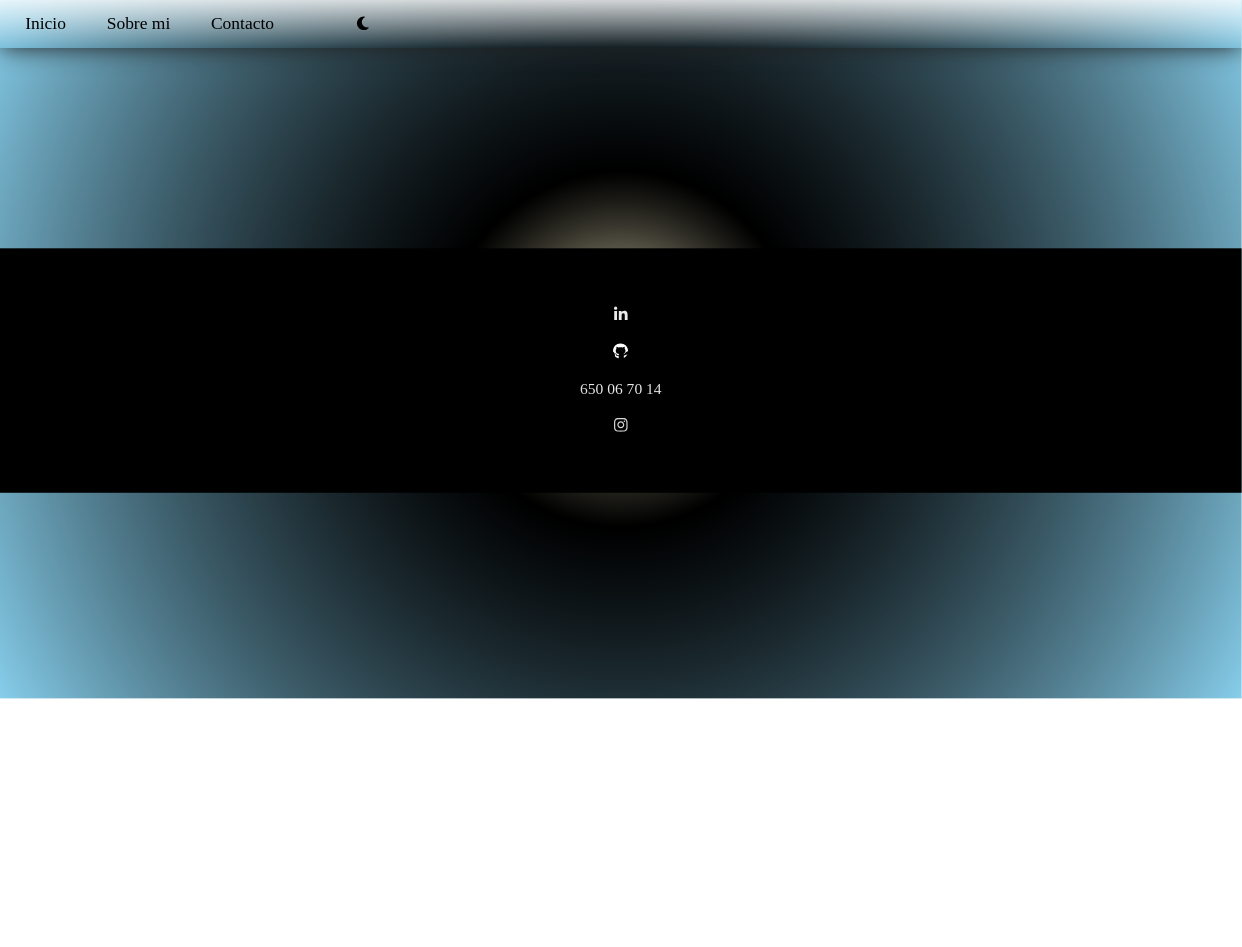
Repository: izhanlaraagarcia/izhanlaraagarcia.github.io
Page: / (app in vite-project/)
An editor plug-in stored every save of this project. The page is shown before and after a run of saves, followed by the edit.
The browser window is 1280 px wide. The pictures show the whole page, at 97% of full size.
The project was rebuilt for these pictures with package versions that can differ from the ones it lists, and the page was loaded fresh each time. Also part of the build but not shown: vite-project/vite.config.js, vite-project/src/pages/About/styles/about.scss, vite-project/src/pages/About/about.jsx, vite-project/src/pages/Contact/contact.jsx.

Above is the page before, as saved 2024-08-19 13:21:00.

### vite-project/index.html
<!doctype html>
<html lang="en">
  <head>
    <meta charset="UTF-8" />
    <meta name="viewport" content="width=device-width, initial-scale=1.0" />
    <title>Izhan Lara Garcia</title>
  </head>
  <body>
    <div id="root"></div>
    <script type="module" src="/src/main.jsx"></script>
  </body>
</html>

### vite-project/src/App.jsx
import React from "react";
import { BrowserRouter as Router, Route, Routes } from "react-router-dom";
import Menu from "./Componentes-Generales/menu.jsx";
import Inicio from "./Home/Inicio.jsx";
import About from "./pages/About/about.jsx";
import Contact from "./pages/Contact/contact.jsx";
import { ThemeProvider } from "./Constants/themaContext.jsx";

import { library } from "@fortawesome/fontawesome-svg-core";
import { fas } from "@fortawesome/free-solid-svg-icons";

library.add(fas);

class App extends React.Component {
  render() {
    return (
      <ThemeProvider>
        <Router>
          <Menu />
          <Routes>
            <Route path="/" element={<Inicio />} />
            <Route path="/sobre-mi" element={<About />} />
            <Route path="/contacto" element={<Contact />} />
          </Routes>
        </Router>
      </ThemeProvider>
    );
  }
}

export default App;

### vite-project/src/index.css
/* :root {
  font-family: Inter, system-ui, Avenir, Helvetica, Arial, sans-serif;
  line-height: 1.5;
  font-weight: 400;

  color-scheme: light dark;
  color: rgba(255, 255, 255, 0.87);
  background-color: #242424;

  font-synthesis: none;
  text-rendering: optimizeLegibility;
  -webkit-font-smoothing: antialiased;
  -moz-osx-font-smoothing: grayscale;
}

a {
  font-weight: 500;
  color: #646cff;
  text-decoration: inherit;
}

a:hover {
  color: #535bf2;
}



h1 {
  font-size: 3.2em;
  line-height: 1.1;
}

button {
  border-radius: 8px;
  border: 1px solid transparent;
  padding: 0.6em 1.2em;
  font-size: 1em;
  font-weight: 500;
  font-family: inherit;
  background-color: #1a1a1a;
  cursor: pointer;
  transition: border-color 0.25s;
}

button:hover {
  border-color: #646cff;
}

button:focus,
button:focus-visible {
  outline: 4px auto -webkit-focus-ring-color;
}

@media (prefers-color-scheme: light) {
  :root {
    color: #213547;
    background-color: #ffffff;
  }

  a:hover {
    color: #747bff;
  }

  button {
    background-color: #f9f9f9;
  }
} */

body {
  right: 0;
  margin: 0%;
  width: 100%;
  margin-top: 20%;
  text-align: center;
  min-width: 320px;
  min-height: 100vh;

}

button {
  border-radius: 8px;
  border: 1px solid transparent;
  padding: 0.6em 1.2em;
  font-size: 1em;
  font-weight: 500;
  font-family: inherit;
  background-color: #1a1a1a;
  cursor: pointer;
  transition: border-color 0.25s;
}

### vite-project/src/Componentes-Generales/menu.jsx
import React from "react";
import { Link } from "react-router-dom";
import "./styles/menu.scss";
import TemaComponent from "./thema";
import { useTheme } from "../Constants/themaContext";

// import { LANGUAGES } from "../Constants/lenguaje";

const Menu = () => {
  const { dark } = useTheme();
  return (
    <header>
      <nav className={`menu ${dark ? 'dark-mode' : 'light-mode'}`}>
        <ul>
          <li>
            <Link to="/">Inicio</Link>
            <i className="fas fa-address-card" aria-hidden="true"></i>
          </li>
          <li>
            <Link to="/sobre-mi">Sobre mi</Link>
          </li>
          <li>
            <Link to="/contacto">Contacto</Link>
          </li>
          <li>
            <TemaComponent />
          </li>
        </ul>
      </nav>
    </header>
  );
};

export default Menu;

### vite-project/src/Home/Inicio.jsx
import React from "react";
import "./Styles/estilos.scss";
import Background from "../Componentes-Generales/background";

import SocialMedia from '../Componentes-Generales/social';


const Inicio = () => {
  return (
    <div className="portfolio">
      <header>
        <h1>Izhan Lara Garcia</h1>
      </header>
      <div className="social-media-container">
        <SocialMedia/>
      </div>
      <Background/>
    </div>
  );
};

export default Inicio;

### vite-project/src/Constants/themaContext.jsx
import React, { createContext, useState, useContext } from "react";

const ThemeContext = createContext();

export const useTheme = () => useContext(ThemeContext);

export const ThemeProvider = ({ children }) => {
  const [dark, setDark] = useState(false);

  const toggleTheme = () => {
    setDark((prevDark) => !prevDark);
  };

  return (
    <ThemeContext.Provider value={{ dark, toggleTheme }}>
      {children}
    </ThemeContext.Provider>
  );
};

### vite-project/src/Componentes-Generales/styles/menu.scss
/* src/Componentes-Generales/styles/menu.css */

nav {
  top: 0;
  right: 0;
  margin: 0;
  padding: 0;
  position: fixed;
  width: 100%;
  background: linear-gradient(to bottom, rgba(255, 255, 255, 0.8), rgba(255, 255, 255, 0)) no-repeat;
  backdrop-filter: blur(5px);
  box-shadow: 0px 0px 25px #222;
  z-index: 10;

}

nav ul {
  list-style-type: none;
  padding: 0;
  margin: 0;
  display: flex;
  align-items: center;
}

nav li {
  margin-left: 10px;
}

nav a {
  display: flex;
  align-items: center;
  text-align: center;
  padding: 14px 16px;
  text-decoration: none;
  font-size: 18px;
  color: inherit;
  position: relative;
  overflow: hidden;
  transition: color 0.3s;
}

nav a:hover {
  color: #00aaff;
}

.fa-icon {
  margin-left: 8px;
}

.light-mode {
  color: black;
}

.dark-mode {
  color: white;
}

body {
  transition: background-color 0.5s, color 0.5s;
}

#tema {
  margin-left: 10px;
}

### vite-project/src/Componentes-Generales/thema.jsx
// TemaComponent.jsx
import React from "react";
import { FontAwesomeIcon } from "@fortawesome/react-fontawesome";
import { faSun, faMoon } from "@fortawesome/free-solid-svg-icons";
import { useTheme } from "../Constants/themaContext"; // Asegúrate de importar correctamente

const TemaComponent = () => {
  const { dark, toggleTheme } = useTheme();

  const handleClick = () => {
    toggleTheme();
    if (dark) {
      document.body.style.backgroundColor = "white";
      document.body.classList.remove("dark-mode");
      document.body.classList.add("light-mode");
    } else {
      document.body.style.backgroundColor = "black";
      document.body.classList.remove("light-mode");
      document.body.classList.add("dark-mode");
    }
  };

  return (
    <button
      id="tema"
      style={{
        cursor: "pointer",
        background: "none",
        border: "none",
        outline: "none",
        marginLeft: "80%",
      }}
      onClick={handleClick}
      aria-label={dark ? "Cambiar al modo claro" : "Cambiar al modo oscuro"}
    >
      <FontAwesomeIcon
        icon={dark ? faSun : faMoon}
        style={{ color: dark ? "white" : "inherit" }}
      />
    </button>
  );
};

export default TemaComponent;

### vite-project/src/Home/Styles/estilos.scss
h1 {
  text-align: center;
}

h1 {
  position: absolute;
  top: 48%;
  left: 50%;
  transform: translate(-50%, -50%);
  text-align: center;
}

### vite-project/src/Componentes-Generales/background.jsx
import React from "react";
import "./styles/background.scss";

class Background extends React.Component {
  render() {
    return (
      <div></div>
    );
  }
}

export default Background;

### vite-project/src/Componentes-Generales/social.jsx
import React from 'react';
import "./styles/social.scss"
import { FontAwesomeIcon } from '@fortawesome/react-fontawesome';
import { fab } from '@fortawesome/free-brands-svg-icons';

const SocialMedia = () => {
  return (
    <div className="social-media-container">
      <ul>
        <li>
          <a href="mailto:izhanlaragarcia@gmail.com" target="_blank" rel="noopener noreferrer">
            <FontAwesomeIcon icon={fab.faEnvelope} />
          </a>
        </li>
        <li>
          <a href="https://www.linkedin.com/in/izhan-lara-garcia/" target="_blank" rel="noopener noreferrer">
            <FontAwesomeIcon icon={fab.faLinkedinIn} />
          </a>
        </li>
        <li>
          <a href="https://github.com/izhanlg" target="_blank" rel="noopener noreferrer">
            <FontAwesomeIcon icon={fab.faGithub} />
          </a>
        </li>
        <li>
          <a href="tel:+34650067014">650 06 70 14</a>
        </li>
        <li>
          <a href="https://www.instagram.com/izhanlg/" target="_blank" rel="noopener noreferrer">
            <FontAwesomeIcon icon={fab.faInstagram} />
          </a>
        </li>
      </ul>
    </div>
  );
};

export default SocialMedia;

### vite-project/src/Componentes-Generales/styles/background.scss
html, body { height: 100%; }

body {
    background: radial-gradient(circle, lemonchiffon, black 25%, skyblue);
    background-repeat: no-repeat;
    background-size: cover;
    height: 100vh;
    margin:  0;
}

body:after {
    content: '';
    position: absolute;
    top: 0; right: 0; left: 0; bottom: 0;
    background: radial-gradient(circle, transparent, black 25%, transparent);
    animation: color 1.5s infinite ease-out alternate;
    opacity: 0;
}

@keyframes color {
    0% {  background: radial-gradient(circle, transparent, black 25%, transparent); }
    100% { opacity: 1; }
}

### vite-project/src/Componentes-Generales/styles/social.scss
.social-media-container {
  background-color: #000; // Fondo negro
  padding: 20px; // Agrega un padding para que no se peguen a los bordes
  ul {
    list-style: none; // Elimina los puntos de la lista
    padding: 0; // Elimina el padding de la lista
    margin: 0; // Elimina el margen de la lista
  }
  li {
    display: block; // Cada item de la lista se mostrará en una línea nueva
    margin-bottom: 20px; // Agrega un margen inferior para separar los items
  }
  a {
    color: #fff; // Texto blanco
    text-decoration: none; // Elimina el subrayado de los enlaces
  }
  a:hover {
    color: #ccc; // Texto gris claro al pasar el mouse
  }
  .fa-icon {
    font-size: 24px; // Tamaño de los iconos
    margin-right: 10px; // Agrega un margen derecho para separar los iconos del texto
  }
}

Loaded but not shown: vite-project/src/main.jsx (common file)

After the next 2 saves:
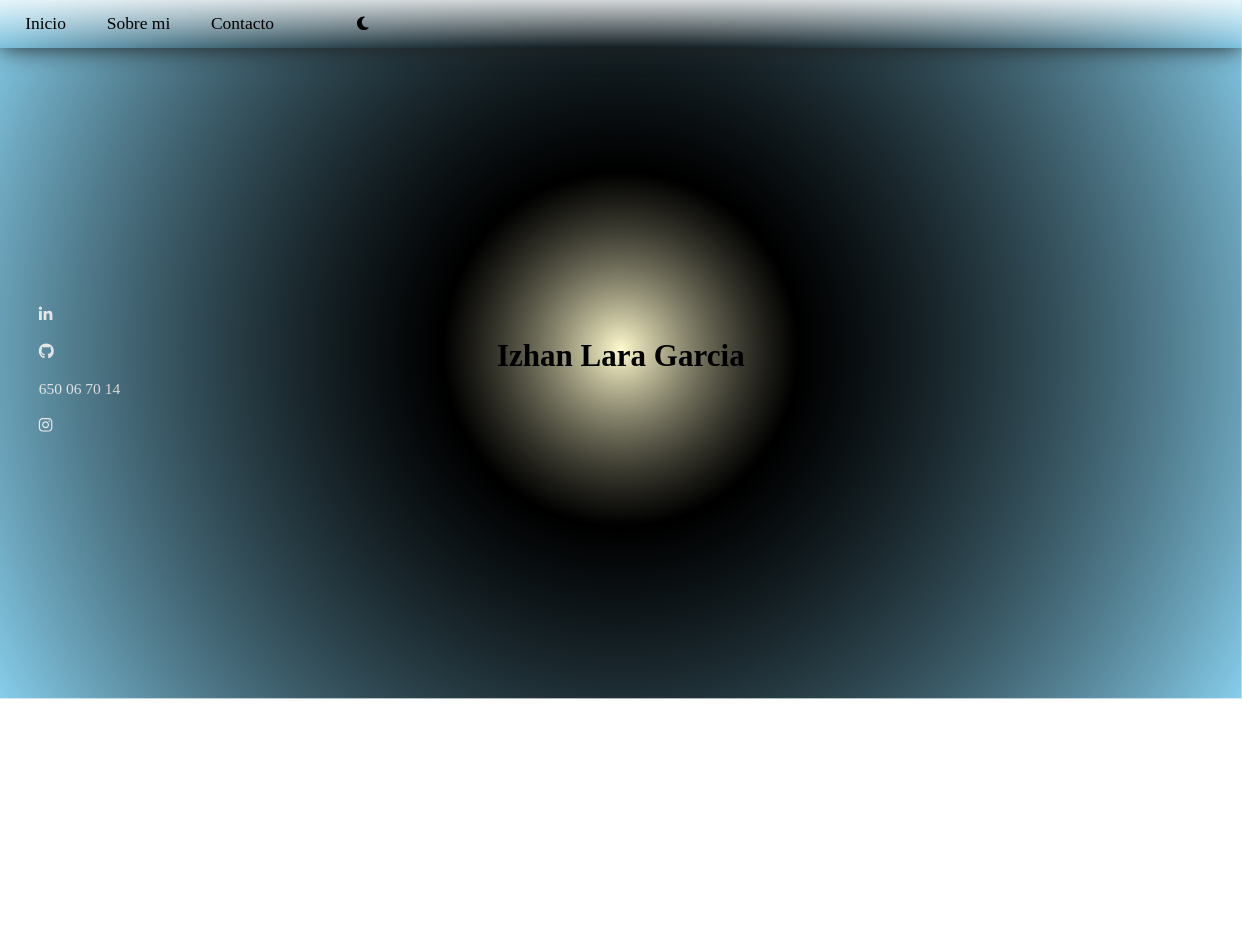
The 2 saves are shown as one change because they came seconds apart.
The last was saved 41 s later.
--- a/vite-project/src/Componentes-Generales/styles/social.scss
+++ b/vite-project/src/Componentes-Generales/styles/social.scss
@@ -1,10 +1,10 @@
 .social-media-container {
-  background-color: #000; // Fondo negro
   padding: 20px; // Agrega un padding para que no se peguen a los bordes
   ul {
     list-style: none; // Elimina los puntos de la lista
     padding: 0; // Elimina el padding de la lista
     margin: 0; // Elimina el margen de la lista
+    text-align: left; // Alinea el texto a la izquierda
   }
   li {
     display: block; // Cada item de la lista se mostrará en una línea nueva
